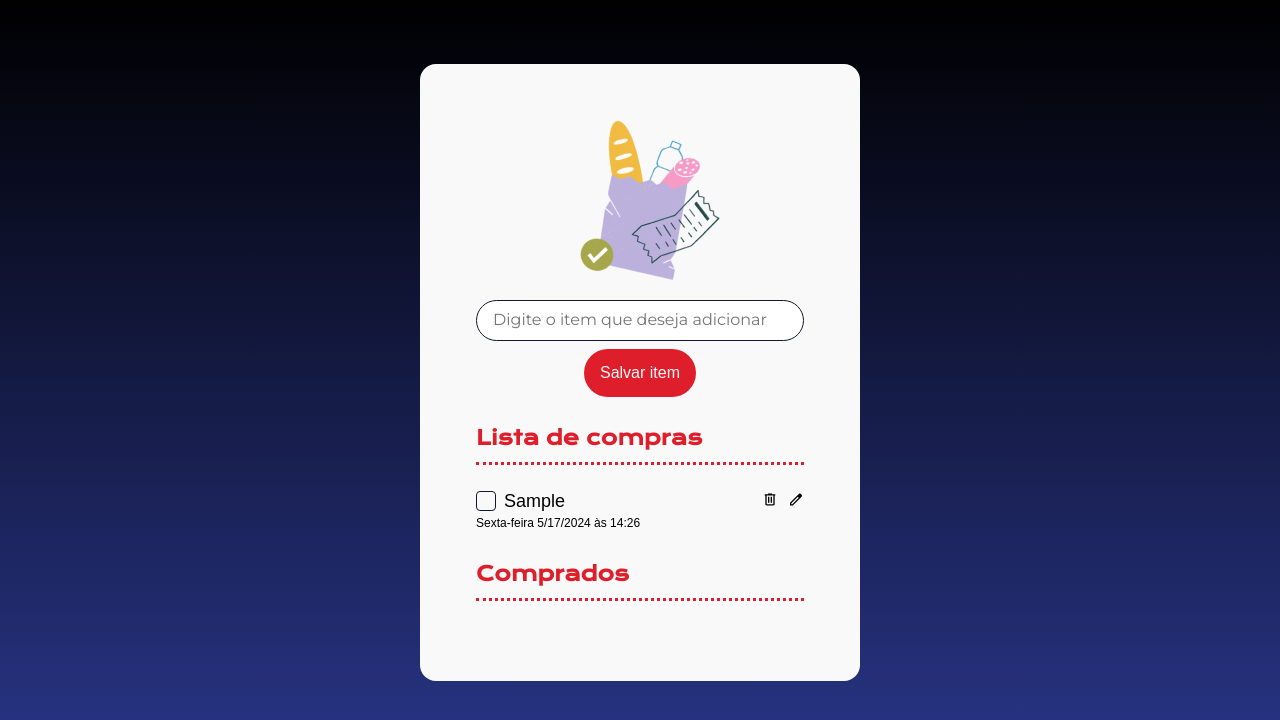
Repository: joaoPraiaJunior/compras_js
Page: index.html
An editor plug-in stored every save of this project. The page is shown before and after the next save, followed by the edit.
The browser window is 1280 px wide. The pictures show the whole page.
Empty fields were first filled with sample values (such as "Sample", 5 or name@example.com).
After loading, the first visible `form.compras` was submitted once.
Some web fonts or font styles are not loaded; a fallback is used.

Above is the page before, as saved 2024-08-24 00:42:53.

After the next save:
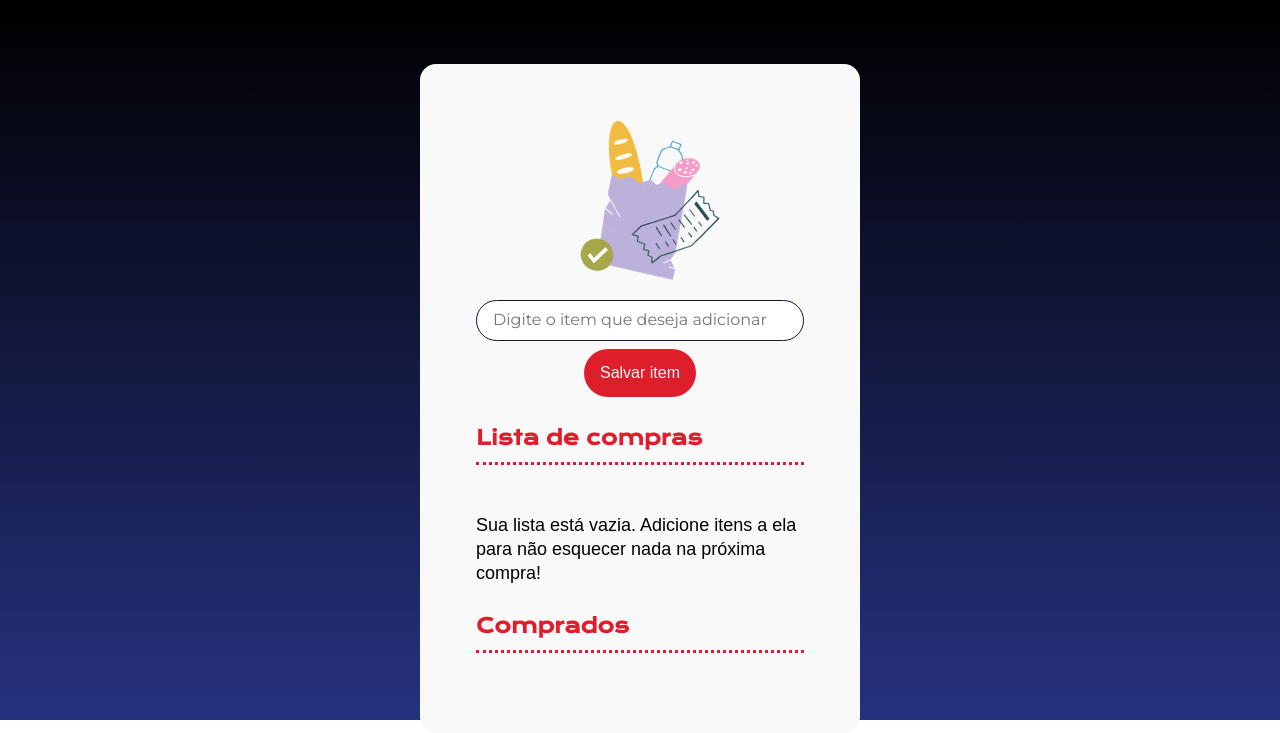
Console error: TypeError: liDaLista.join is not a function
Saved 2 min 19 s later.
--- a/js/modulos/criarItemDaLista.js
+++ b/js/modulos/criarItemDaLista.js
@@ -63,7 +63,7 @@ function criarItemDaLista(itemDeCompra, contadorDeItens) {
     editarItem(liDaLista, botaoEditar, paragrafoData, data, horas);
 
 
-    return liDaLista;
+    return liDaLista.join('');
 }
 
 export default criarItemDaLista;

After the save that followed:
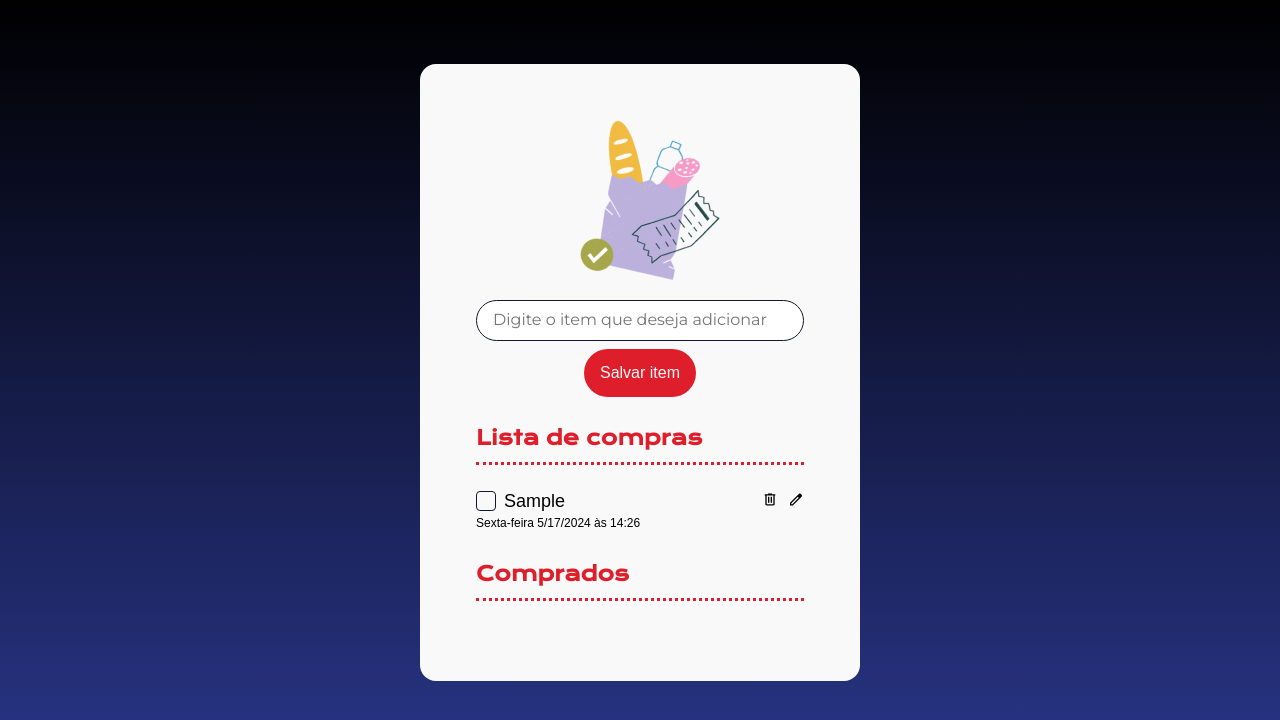
The error is gone.
Saved 21 s later.
--- a/js/modulos/criarItemDaLista.js
+++ b/js/modulos/criarItemDaLista.js
@@ -63,7 +63,7 @@ function criarItemDaLista(itemDeCompra, contadorDeItens) {
     editarItem(liDaLista, botaoEditar, paragrafoData, data, horas);
 
 
-    return liDaLista.join('');
+    return liDaLista;
 }
 
 export default criarItemDaLista;
